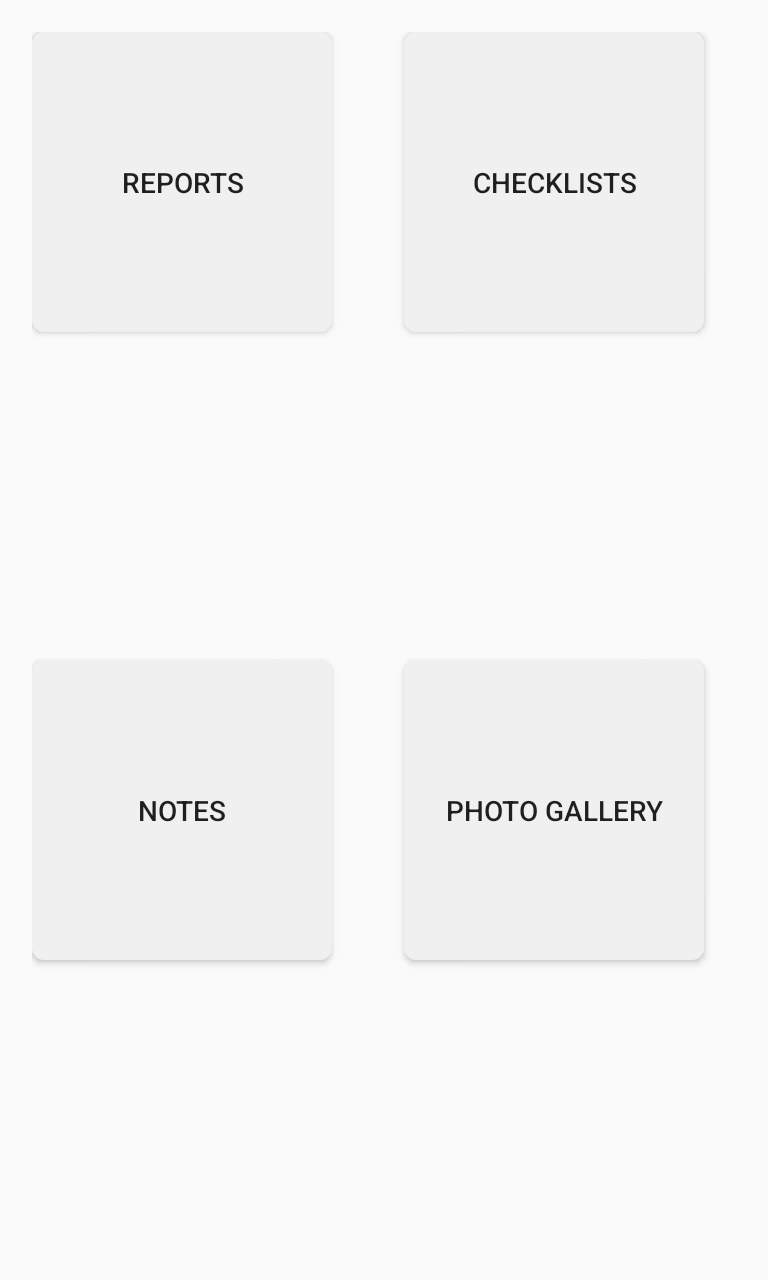
Repository: TheDizzler/shiny-octo-robot
Layout: Qdap/res/layout/fragment_categories.xml
These files come from the project's save history. The layout is drawn as it stood at one moment and after the next save; the edit follows.
It is drawn on a 768 x 1280 px phone screen (xhdpi) without system bars, with theme AppTheme; the app's code is not run.

Above is the layout before, as saved 2014-05-14 23:31:35.

### Qdap/res/layout/fragment_categories.xml
<GridLayout xmlns:android="http://schemas.android.com/apk/res/android"
    xmlns:tools="http://schemas.android.com/tools"
    android:id="@+id/GridLayout1"
    android:layout_width="wrap_content"
    android:layout_height="wrap_content"
    android:layout_gravity="center"
    android:columnCount="2"
    android:orientation="horizontal"
    android:paddingBottom="@dimen/activity_vertical_margin"
    android:paddingLeft="@dimen/activity_horizontal_margin"
    android:paddingRight="@dimen/activity_horizontal_margin"
    android:paddingTop="@dimen/activity_vertical_margin"
    tools:context="vdindustries.reportsview.Categories$PlaceholderFragment" >

    <TextView
        android:id="@+id/project_name"
        android:text="Testtesttest"
        android:layout_width="wrap_content"
        android:layout_height="wrap_content"
        android:layout_gravity="top" />

    <Space
        android:layout_column="1"
        android:layout_gravity="fill_vertical"
        android:layout_row="1" />

    <Button
        android:id="@+id/reports"
        android:layout_width="150dp"
        android:layout_height="150dp"
        android:layout_column="0"
        android:layout_gravity="center"
        android:layout_marginBottom="10dp"
        android:layout_marginRight="10dp"
        android:layout_row="0"
        android:background="@drawable/custom_button"
        android:onClick="reports"
        android:text="@string/reports" />

    <Space
        android:layout_column="1"
        android:layout_gravity="fill_vertical"
        android:layout_row="1" />

    <Button
        android:id="@+id/notes"
        android:layout_width="150dp"
        android:layout_height="150dp"
        android:layout_column="0"
        android:layout_gravity="center"
        android:layout_marginRight="10dp"
        android:layout_marginTop="10dp"
        android:layout_row="1"
        android:background="@drawable/custom_button"
        android:onClick="notes"
        android:text="@string/notes" />

    <Button
        android:id="@+id/photo"
        android:layout_width="150dp"
        android:layout_height="150dp"
        android:layout_column="1"
        android:layout_gravity="center"
        android:layout_marginLeft="10dp"
        android:layout_marginTop="10dp"
        android:layout_row="1"
        android:background="@drawable/custom_button"
        android:onClick="photo"
        android:text="@string/photo" />

    <Button
        android:id="@+id/checklists"
        android:layout_width="150dp"
        android:layout_height="150dp"
        android:layout_column="1"
        android:layout_gravity="center"
        android:layout_marginBottom="10dp"
        android:layout_marginLeft="10dp"
        android:layout_row="0"
        android:background="@drawable/custom_button"
        android:onClick="checklists"
        android:text="@string/checklists" />

</GridLayout>

### Qdap/res/drawable-hdpi/custom_button.xml
<selector xmlns:android="http://schemas.android.com/apk/res/android">
    <item android:drawable="@drawable/round_corner_clicked"
        android:state_pressed="true"></item>
    <item android:drawable="@drawable/round_corner_normal"></item>
</selector>

### Qdap/res/values/strings.xml
<?xml version="1.0" encoding="utf-8"?>
<resources>

    <string name="app_name">Qdap - Quality Dev App</string>
    <string name="title_trade_detail">Trade Detail</string>
    <string name="title_activity_login">Login</string>
    <string name="title">Title</string>
    <string name="username">User name: </string>
    <string name="password">Password: </string>
    <string name="project">Project: </string>
    <string name="login">Login</string>
    <string name="notes">Notes</string>
    <string name="checklists">Checklists</string>
    <string name="reports">Reports</string>
    <string name="photo">Photo Gallery</string>
    <string name="action_settings">Settings</string>
    <string name="title_activity_categories">Categories</string>
    <string name="hello_world">Hello world!</string>
    <string name="title_activity_floors">Floors</string>
    <string name="title_activity_checklist">Checklist</string>
    <string name="title_activity_expandable_list_fragment">ExpandableListFragment</string>
    <string name="title_activity_floor_fragment">FloorFragment</string>

</resources>

### Qdap/res/drawable-hdpi/round_corner_clicked.xml
<shape xmlns:android="http://schemas.android.com/apk/res/android"
    android:shape="rectangle">
    <solid android:color="#8c93a6"/>
    <corners android:radius="6dp"/>
</shape>

### Qdap/res/drawable-hdpi/round_corner_normal.xml
<shape xmlns:android="http://schemas.android.com/apk/res/android"
    android:shape="rectangle">
    <solid android:color="#f0f0f0"/>
    <corners android:radius="6dp"/>
</shape>

Loaded but not shown: Qdap/res/values/styles.xml (common file); Qdap/res/values-v11/styles.xml (common file); Qdap/res/values-v14/styles.xml (common file); Qdap/res/values/dimens.xml (common file); Qdap/res/values-w820dp/dimens.xml (common file)

After the next save:
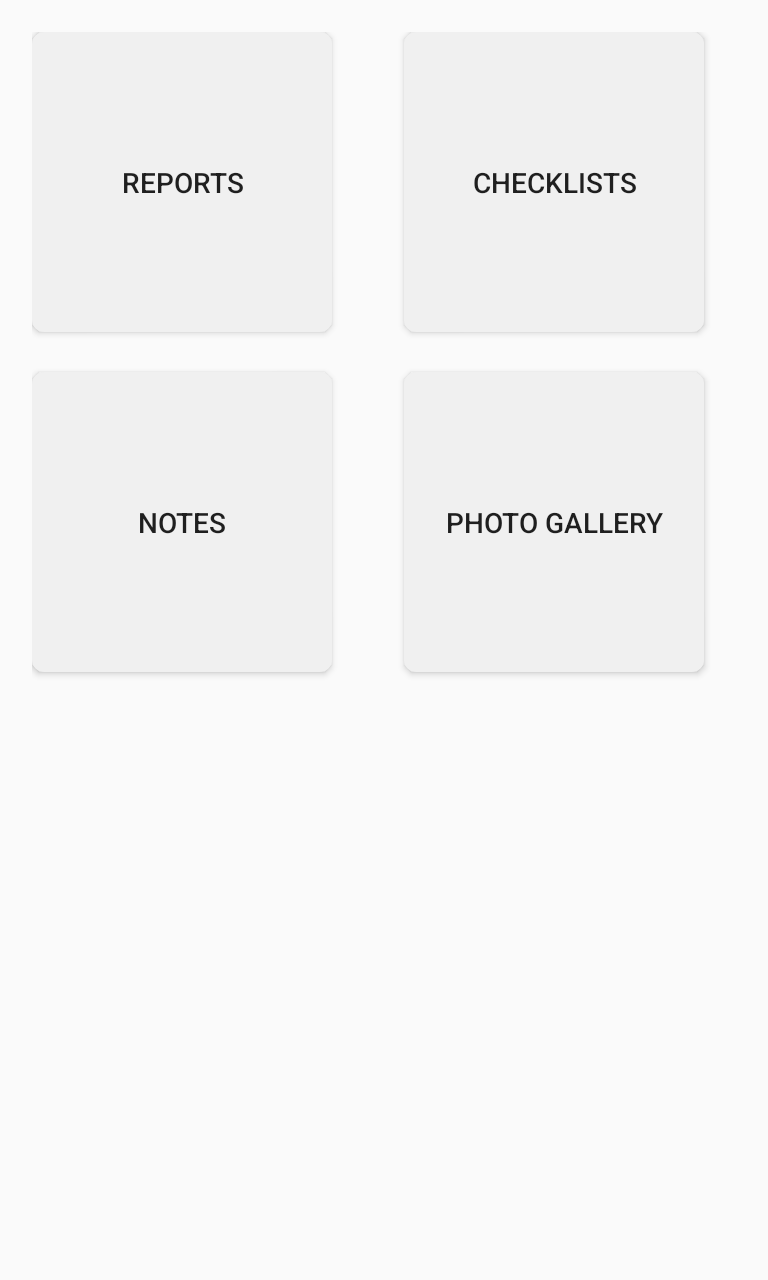
Saved 12 s later.
--- a/Qdap/res/layout/fragment_categories.xml
+++ b/Qdap/res/layout/fragment_categories.xml
@@ -40,7 +40,7 @@
     <Space
         android:layout_column="1"
         android:layout_gravity="fill_vertical"
-        android:layout_row="1" />
+        android:layout_row="2" />
 
     <Button
         android:id="@+id/notes"
